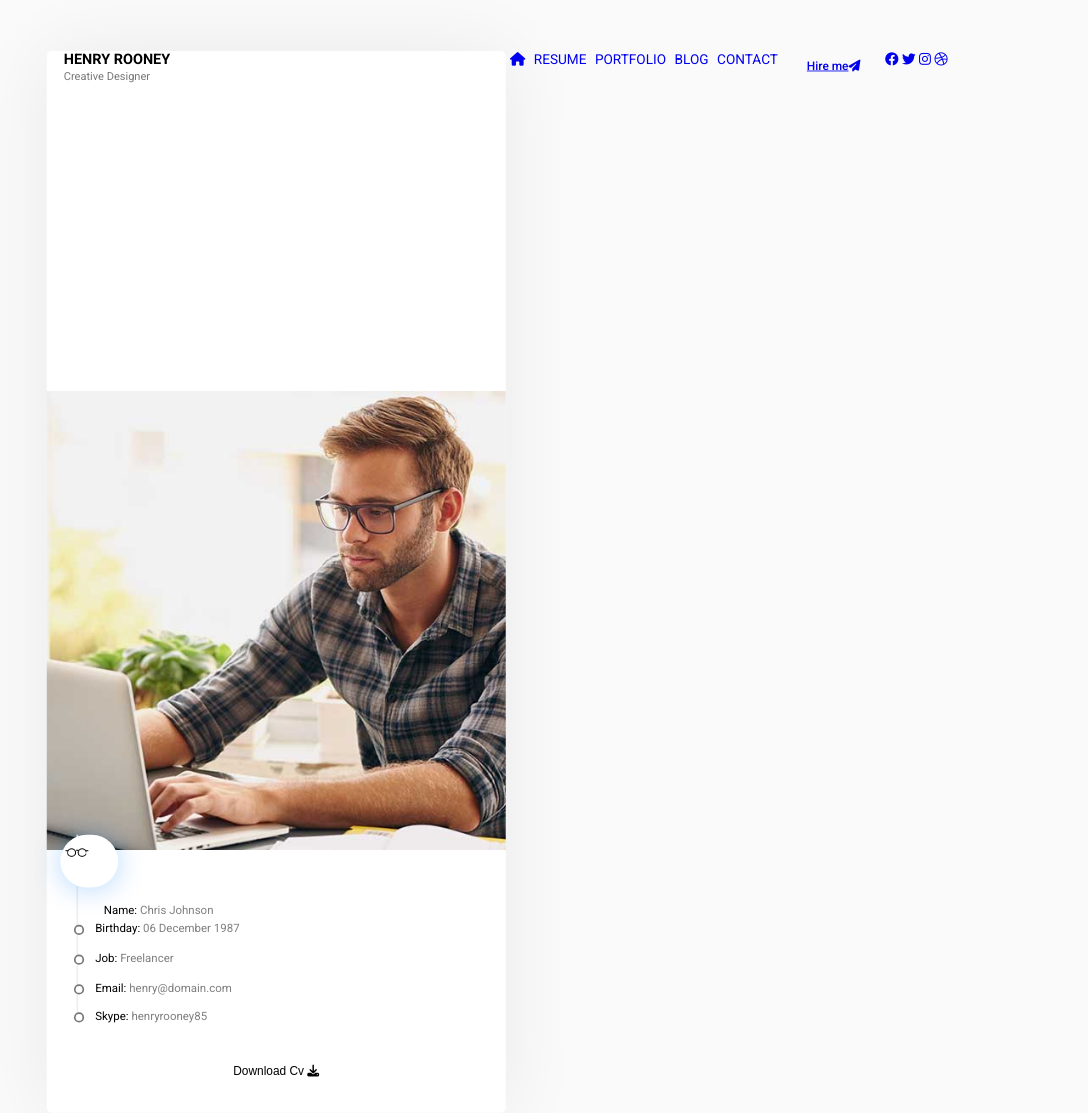
Repository: Lehuyhuynh/mat
Page: index.html
An editor plug-in stored every save of this project. The page is shown before and after the next save, followed by the edit.
The browser window is 1280 px wide. The pictures show the whole page, at 85% of full size.

Above is the page before, as saved 2023-04-12 14:08:30.

### index.html
<!DOCTYPE html>
<html lang="en">
<head>
                    <meta charset="UTF-8">
                    <meta http-equiv="X-UA-Compatible" content="IE=edge">
                    <meta name="viewport" content="width=device-width, initial-scale=1.0">
                    <title>Mat</title>
                    <link rel="stylesheet" href="style.css">
                    <link rel="preconnect" href="https://fonts.googleapis.com">
                    <link rel="preconnect" href="https://fonts.gstatic.com" crossorigin>
                     <link href="https://fonts.googleapis.com/css2?family=Roboto:wght@400;500;700;900&display=swap" rel="stylesheet">

                    <link rel="stylesheet" href="icon-fonts/font-awesome-4.7.0/css/font-awesome.min.css"/>

                    <link rel="stylesheet" href="https://cdnjs.cloudflare.com/ajax/libs/font-awesome/6.4.0/css/all.min.css" integrity="sha512-iecdLmaskl7CVkqkXNQ/ZH/XLlvWZOJyj7Yy7tcenmpD1ypASozpmT/E0iPtmFIB46ZmdtAc9eNBvH0H/ZpiBw==" crossorigin="anonymous" referrerpolicy="no-referrer" />
</head>
<body>
    <div id="preloader">

        <div class="spinner">
        </div>

    </div>

    <div class="wrapper container">

        <div class="row">

            <!-- profile section -->

            <div class="col-lg-3 col-md-4">

                <div class="profile">

                    <div class="profile-name">

                        <span class="name">Henry Rooney</span><br>

                        <span class="jod">Creative Designer</span><br>

                    </div>

                    <figure class="profile-img"></figure> <img src="img/profile.jpg" alt="#"> </figure>


                     <ul class="profile-information">

                        <li><p><span>Name:</span> Chris Johnson</p></li>

                        <li><p><span>Birthday:</span> 06 December 1987</p></li>

                        <li><p><span>Job:</span> Freelancer</p></li>

                        <li><p><span>Email:</span> henry@domain.com</p></li>

                        <li><p><span>Skype:</span> henryrooney85</p></li>

                    </ul>

                    <div class="col-md-12">

                         <button class="site-btn icon">Download Cv

                            <i class="fa fa-download" aria-hidden="true"></i>

                        </button>

                    </div>

                </div>

            </div>

            <!-- Page Tab Container Div -->

            <div id="ajax-tap-container" class="col-lg-9 col-md-8 tab-container">

                <!-- header -->

                <div  class="row">

                    <header class="col-md-12">

                        <nav>

                            <div class="row">

                                <!-- navigation bar -->

                                <div class="col-md-8 col-sm-8-col-xs-4">

                                    <ul class="tabs">
                                        <li class="tab">

                                          <a class="home-btn" href="#home"><i class="fa fa-home" aria-hidden="true"></i></a>

                                        </li>
                                        <li class="tab"><a href="#RESUME">RESUME</a></li>
                                        <li class="tab"><a href="#PORTFOLIO">PORTFOLIO</a></li>
                                        <li class="tab"><a href="#BLOG">BLOG</a></li>
                                        <li class="tab"><a href="#CONTACT">CONTACT</a></li>

                                    </ul>
                                    </div>


                                <div class="col-md-4 col-sm-4 col-xs-8 dynamic">

                                    <a href="mailto:hi@tavonline.net" class="pull-right site-btn icon hidden-xs">Hire me<i class="fa fa-paper-plane" aria-hidden="true"></i></a>

                                </div>


                                <div class="hidden-md social-icons pull-right">

                                    <a class="fb" href="#"><i class="fa-brands fa-facebook"></i></a>

                                    <a class="tw" href="#"><i class="fa-brands fa-twitter"></i></a>

                                    <a class="ins" href="#"><i class="fa-brands fa-instagram"></i></a>

                                    <a class="dr" href="#"><i class="fa-brands fa-dribbble" ></i></a>

                                </div>

                             </div>

                            </div>

                        </nav>

                    </header>

            </div>


        </div>

    </div>

</body>
</html>

### style.css
body{
                    background-image: url(/img/bg.png) #fafafa;
                   font-family: roboto, sans-serif;
                   background:#fafafa;
                   position: relative;
                   overflow: hidden;

}

html{
                    height: 100%;
}
*{
                    margin: 0;
                    padding: 0;
                    border: 0;
                    outline: 0;
                    background: transparent;
}

.site-btn{
                    font-size: 14px;
                    font-weight: 500;
                    border-radius: 50px;
                    -webkit-border-radius:50px;
                    -moz-border-radius:50px;
                    padding: 1px 29px;
                    line-height: 35px;
}

.site-btn .icon{
                    text-align: left;
                    padding: 1px 6px 1px 19px;
}

.site-btn .icon i{
                    color: #000;
                    background: #fff;
                    margin-left: 15px;
                    border-radius: 50px;
                    font-size: 11px;
                    height: 27px;
                    width: 27px;
                    float: right;
                    text-align: center;
                    line-height: 29px;
                    margin-top: 4px;
}

p{
                    font-size: 13px;
                    color: #4c4c4c;
                    line-height: 24px;
 }

 .profile{
                    background: #fff;
                    border-radius: 6px;
                    -moz-border-radius: 6px;
                    -webkit-border-radius: 6px;
                    -o-border-radius: 6px;
                    width: 100%;
                    display: inline-block;
                    box-shadow: 0px 2px 92px 0px rgba(0, 0, 0, 0.07);
                    -webkit-box-shadow: 0px 2px 92px 0px rgba(0, 0, 0, 0.07);
                    -moz-box-shadow: 0px 2px 92px 0px rgba(0, 0, 0, 0.07);
}

.profile .name {
                    line-height: 18px;
                    padding: 20px;
                    text-transform: uppercase;
                    font-size: 17px;
                    font-weight: bold;

}
.profile .jod {
                    padding: 20px;
                    color: #777777;
                    font-size: 13px;
}

.profile-img{
                   margin-top: -18px;
                   -webkit-clip-path: polygon(0 9%, 100% 0, 100% 94%, 0% 100%);
                    clip-path: polygon(0 9%, 100% 0, 100% 94%, 0% 100%);
                    height: 380px;

}
.profile-img img{
                    width: 100%;
}

.profile-information{
                    list-style: none;
                    margin: 8px 0px 8px 35px;
}

.profile-information li{
                    border-left: 2px solid #eee;
                    padding:0 0 23px 20px;
                    font-size: 14px;
                    color: #787878;
}

ul.profile-information li p{
                    font-size: 13.5px;
                    color: #7f7f7f;
                    line-height: 12px;
}

ul.profile-information li:last-child{
                    border: 0;
                    margin-left: 2px;
                    margin-top: -2px;
}


ul.profile-information li:before{
                    content: "";
                    border: solid 2px;
                    width: 8px;
                    height: 8px;
                    border-radius: 50px;
                    -moz-border-radius: 50px;
                    -webkit-border-radius: 50px;
                    font-size: 8px;
                    margin-left: -25px;
                    margin-top: 2px;
                    font-weight: 400;
                    background: #fff;
                    display: block;
                    position: absolute;
}

ul.profile-information li span{color:#000}

ul.profile-information li:first-child{
                    padding-bottom: 10px;
                    padding-left: 30px;
                    position: relative;
}

ul.profile-information li:first-child img {
                    margin:44px -44px;
                    display: inline-block;
                    position: absolute;
                    width: 20px;
 }

 ul.profile-information li:first-child::before {

                    margin-left: -51px;
                    margin-top: -30px;
                    margin-bottom: 20px;
                    position: relative;
                    border: 0;
                    width: 40px;
                    height: 40px;
                    padding: 11px 14px;
                    box-shadow: 0px 2px 32px 0px rgba(4, 123, 248, 0.3);
}
 ul.profile-information li:first-child::after {
                    background: url(img/glasses.png) no-repeat;
                    content: '';
                    width: 30px;
                    height: 10px;
                    position: absolute;
                    top: 0;
                    left: 0;
                    margin: 16px -15px;
                    background-size: 27px 10px;
 }

.profile .site-btn{
                    margin: 18px auto 30px;
                    display: block;
}

.tabs .tab a {
                    text-decoration: none;
                    margin: 5px;
}
.col-md-4  .pull-right{
                    text-align: right;
}

.wrapper{
                    margin-top: 60px;
                    width: 1170px ;
                    background: transparent;
}
.container{
                    padding-right: 15px;
                    padding-left: 15px;
                    margin-right: auto;
                    margin-left: auto;
}
*{
                    margin: 0;
                    padding: 0;
                    border: 0;
                    outline: 0;;
                    background: transparent;
}
.row{
                    display: flex;
}



.tabs{
                    display: flex;
                    list-style-type: none;
                    text-decoration: none;

}

.tabs .tab a {
                    text-decoration: none;
                    margin: 5px;
}
.col-md-4  .pull-right{
                    text-align: right;
}

After the next save:
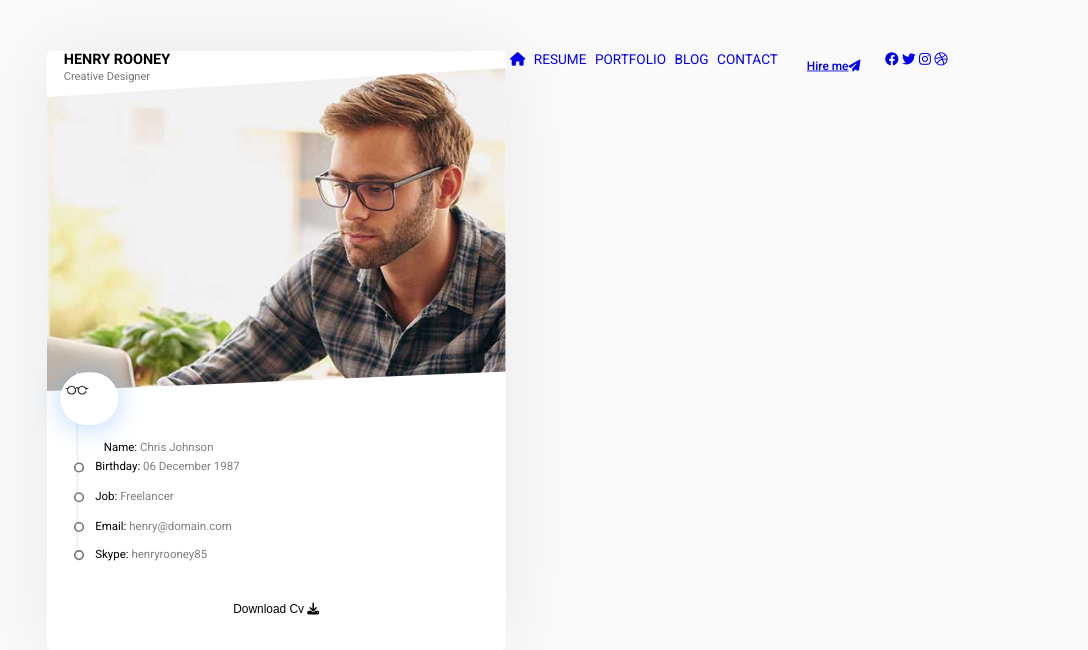
Saved 6 s later.
--- a/index.html
+++ b/index.html
@@ -40,7 +40,7 @@
 
                     </div>
 
-                    <figure class="profile-img"></figure> <img src="img/profile.jpg" alt="#"> </figure>
+                    <figure class="profile-img"> <img src="img/profile.jpg" alt="#"> </figure>
 
 
                      <ul class="profile-information">
